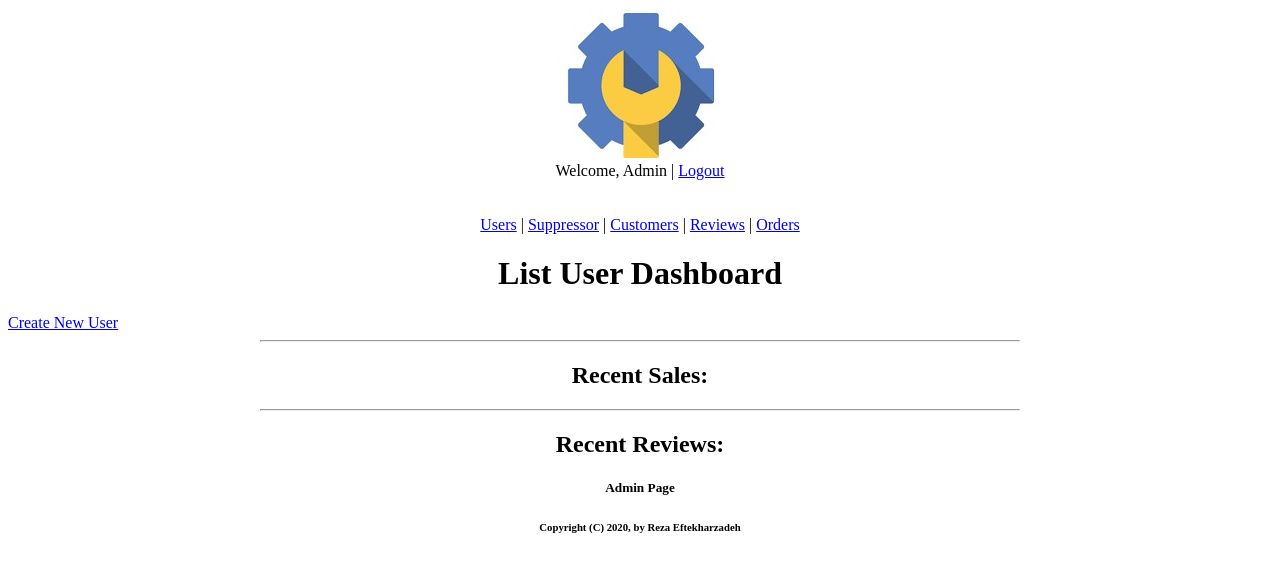
Repository: RezaEftekharzadeh/frey
Page: http://localhost/SilencerStoreProject/admin/user_list.jsp
An editor plug-in stored every save of this project. The page is shown before and after the next save, followed by the edit.
The browser window is 1280 px wide. The pictures show the whole page.
The page is served by Tomcat 9. Nobody is signed in. The application's start-up code is not run. Other server files are loaded and not shown.

Above is the page before, as saved 2020-07-17 11:01:01.

### SilencerStoreProject/WebContent/admin/user_list.jsp
<%@ page language="java" contentType="text/html; charset=ISO-8859-1"
    pageEncoding="ISO-8859-1"%>
<!DOCTYPE html>
<html>
<head>
<meta charset="ISO-8859-1">
<title>List Users page</title>
</head>
<body>
	<jsp:include page="header.jsp" />
	<div align="center">
	     <h1>List User Dashboard</h1>
    </div>


    <a href="create">Create New User</a>

	<div align="center">
	    <hr width=60%/>
    	<h2>Recent Sales:</h2>
    </div>

 	<div align="center">
     	<hr width=60%/>
    	<h2>Recent Reviews:</h2>
    </div>


     <jsp:include page="footer.jsp" />
</body>
</html>

### SilencerStoreProject/WebContent/admin/header.jsp
<div align="center">

	<div >
		 <img src="../images/admin-page.jpg">
	</div>

	<div >
	  Welcome, Admin | <a href="logout">Logout</a>
	</div>
	<br><br>

	<div>
		<a href="list_users">Users</a> |
		<a href="suppressor">Suppressor</a> |
		<a href="customers">Customers</a> |
		<a href="reviews">Reviews</a> |
		<a href="orders">Orders</a>
	</div>
</div>

### SilencerStoreProject/WebContent/admin/footer.jsp

<div align="center">

 <h5>Admin Page</h5>
 <h6> Copyright (C) 2020, by Reza Eftekharzadeh</h6>



</div>

After the next save:
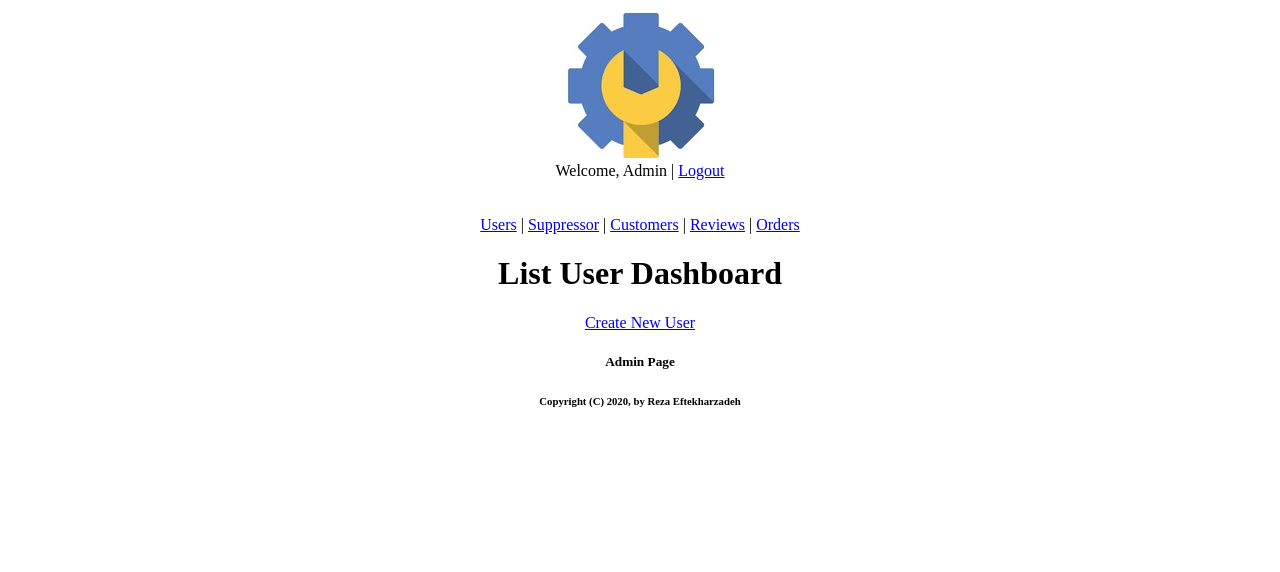
Saved 9 min 42 s later.
--- a/SilencerStoreProject/WebContent/admin/user_list.jsp
+++ b/SilencerStoreProject/WebContent/admin/user_list.jsp
@@ -13,16 +13,8 @@
     </div>
 
 
-    <a href="create">Create New User</a>
-
 	<div align="center">
-	    <hr width=60%/>
-    	<h2>Recent Sales:</h2>
-    </div>
-
- 	<div align="center">
-     	<hr width=60%/>
-    	<h2>Recent Reviews:</h2>
+	  <a href="create">Create New User</a>
     </div>
 
 
